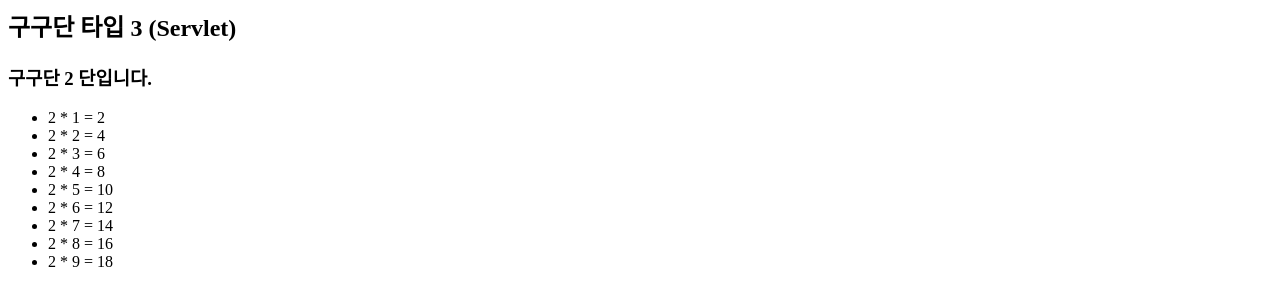
Repository: Byeonghee-son/DB-Servlet
Page: http://localhost/ServletStudy/gugudan
An editor plug-in stored every save of this project. The page is shown before and after the next save, followed by the edit.
The browser window is 1280 px wide. The pictures show the whole page.
The page is served by Tomcat 9.

Above is the page before, as saved 2023-05-11 06:04:23.

After the next save:
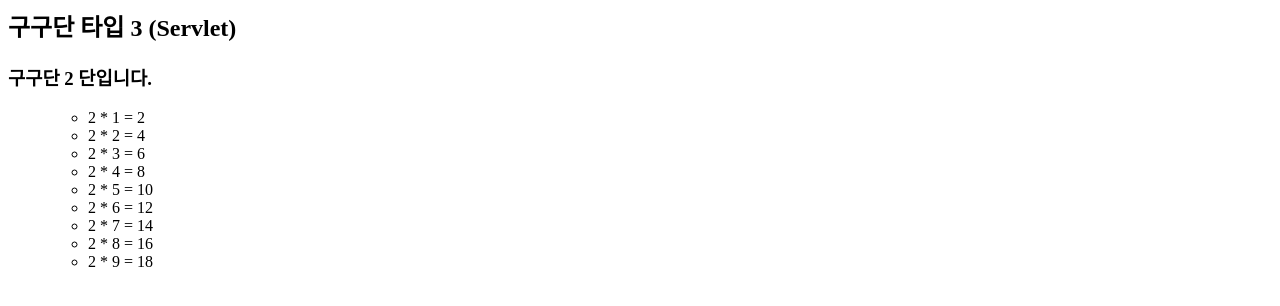
Saved 25 min 38 s later.
--- a/ServletStudy/src/main/java/edu/pnu/servlet/gugudan.java
+++ b/ServletStudy/src/main/java/edu/pnu/servlet/gugudan.java
@@ -26,10 +26,25 @@ public class gugudan extends HttpServlet {
 			out.println("<h2>구구단 타입 3 (Servlet)</h2>");
 			out.println("<h3>구구단 " + num + " 단입니다.</h3>");
 			out.println("<ul>");
-			for(int i = 1; i < 10 ; i++) {
-				out.println("<li>" + num  + " * " + i  + " = " + num * i + "</li>");
-			}
-			out.println("</ul>");
+			if ("ul".equals(type)) { // 목록 형식으로 출력
+	            out.println("<ul>");
+	            for (int i = 1; i <= 9; i++) {
+	                out.println("<li>" + num + " * " + i + " = " + num * i + "</li>");
+	            }
+	            out.println("</ul>");
+	        } else if ("table".equals(type)) { // 표 형식으로 출력
+	            out.println("<table>");
+	            for (int i = 1; i <= 9; i++) {
+	                out.println("<tr><td>" + num + " * " + i + "</td><td>=</td><td>" + num * i + "</td></tr>");
+	            }
+	            out.println("</table>");
+	        } else { // 기본 형식
+	            out.println("<ul>");
+	            for (int i = 1; i <= 9; i++) {
+	                out.println("<li>" + num + " * " + i + " = " + num * i + "</li>");
+	            }
+	            out.println("</ul>");
+	        }
 		}catch(IOException e) {
 			e.printStackTrace();
 		}
